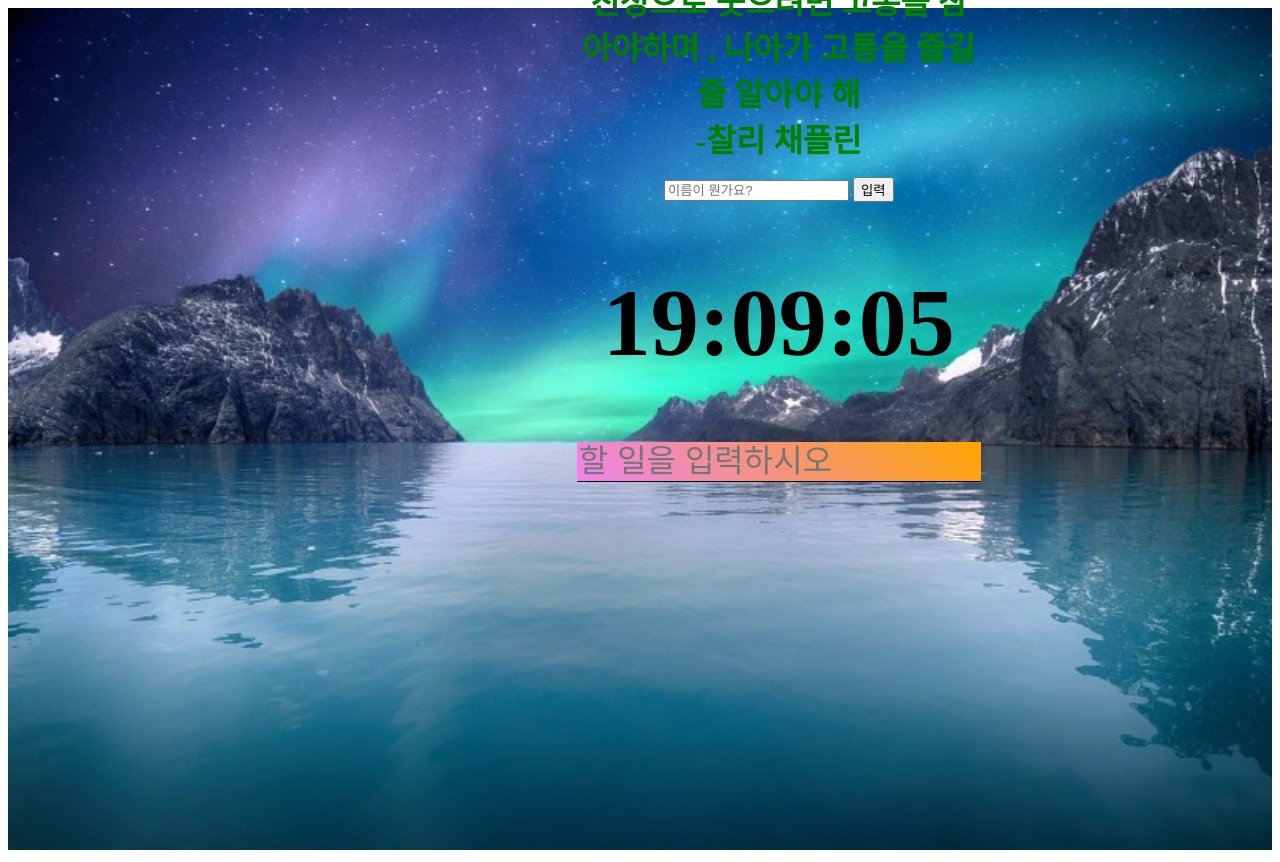
Repository: jun01270/F-E-practice
Page: index.html
These files come from the project's save history. The page is drawn as it stood at one moment and after the next save; the edit follows.
The browser window is 1280 px wide. The pictures show the whole page.

Above is the page before, as saved 2023-01-10 19:44:54.

### index.html
<!DOCTYPE html>
<html lang="en">
  <head>
    <meta charset="UTF-8" />
    <meta http-equiv="X-UA-Compatible" content="IE=edge" />
    <meta name="viewport" content="width=device-width, initial-scale=1.0" />
    <link rel="stylesheet" href="style.css" />
    <title>Document</title>
  </head>
  <body>
    <div id="all">
      <form id="userName-form" class="hidden">
        <input required type="text" placeholder="이름이 뭔가요?" />
        <input type="submit" value="입력" />
      </form>
      <h1 id="result"></h1>
      <h1 id="clock">00:00:00</h1>
      <form id="todo-form">
        <input id="input-blank" type="text" placeholder="할 일을 입력하시오" />
      </form>
      <ul id="todo-list"></ul>
      <div id="quote">
        <span></span>
        <div></div>
      </div>
    </div>
    <script src="/js/greeting.js"></script>
    <script src="/js/clock.js"></script>
    <script src="/js/quotes.js"></script>
    <script src="/js/background.js"></script>
    <script src="js/todo.js"></script>
    <script src="/js/weather.js"></script>
  </body>
</html>

### style.css
.hidden {
  display: none;
}

#background {
  width: 100%;
  height: 100%;
  padding: 0;
}

body {
  position: relative;
}

#all {
  position: absolute;
  top: 20%;
  left: 45%;
  text-align: center;
  height: 80%;
}

#clock {
  font-size: 600%;
}

#input-blank {
  width: 400px;
  border-top: none;
  border-left: none;
  border-right: none;
  border-bottom: 1px solid black;
}

#todo-list {
  color: yellow;
}

#quote {
  position: absolute;
  top: -200px;
  color: green;
  font-size: xx-large;
  font-weight: bold;
}

#input-blank {
  background: linear-gradient(45deg, Violet, Orange);
  font-size: xx-large;
}

#todo-list {
  list-style: none;
}

### js/greeting.js
const userNameBtn = document.querySelector("#userName-form submit");
const userName = document.querySelector("#userName-form input");
const loginForm = document.querySelector("#userName-form");
const firstH1 = document.getElementById("result");
const SavedUserName = localStorage.getItem("username");
const HIDDEN_CLASSNAME = "hidden";

function loginResult(e) {
  e.preventDefault();
  loginForm.classList.add(HIDDEN_CLASSNAME);
  const userName1 = userName.value;
  localStorage.setItem("username", userName1);
  paintUserName();
}

function paintUserName() {
  const userName1 = localStorage.getItem("username");
  firstH1.innerText = `Hello ${userName1}`;
  firstH1.classList.remove(HIDDEN_CLASSNAME);
}

if (SavedUserName === null) {
  loginForm.classList.remove(HIDDEN_CLASSNAME);
  loginForm.addEventListener("submit", loginResult);
} else {
  paintUserName();
}

function deleteUserName() {
  localStorage.removeItem("username");
  location.reload();
}

### js/clock.js
const all = document.querySelector("div#all");
const clock = all.querySelector("h1#clock");

function getClock() {
  const date = new Date();
  let Hours = String(date.getHours()).padStart(2, "0");
  let Minutes = String(date.getMinutes()).padStart(2, "0");
  let Seconds = String(date.getSeconds()).padStart(2, "0");
  // console.log(`${date.getHours()}:${date.getMinutes()}:${date.getSeconds()}`);
  clock.innerText = `${Hours}:${Minutes}:${Seconds}`;
}

getClock();
setInterval(getClock, 1000);

### js/quotes.js
const quotes = [
  {
    quote: "삶이 있는 한 희망은 있다",
    author: "-키케로",
  },
  {
    quote: "산다는것 그것은 치열한 전투이다.",
    author: "-로망로랑",
  },
  {
    quote: "하루에 3시간을 걸으면 7년 후에 지구를 한바퀴 돌 수 있다. ",
    author: "-사무엘존슨",
  },
  {
    quote: "언제나 현재에 집중할수 있다면 행복할것이다. ",
    author: "-파울로 코엘료",
  },
  {
    quote:
      "진정으로 웃으려면 고통을 참아야하며 , 나아가 고통을 즐길 줄 알아야 해 ",
    author: "-찰리 채플린",
  },
  {
    quote: "직업에서 행복을 찾아라. 아니면 행복이 무엇인지 절대 모를 것이다 ",
    author: "-엘버트 허버드",
  },
  {
    quote: "신은 용기있는자를 결코 버리지 않는다 ",
    author: "-켄러",
  },
  {
    quote: "피할수 없으면 즐겨라 ",
    author: "–로버트 엘리엇",
  },
];
const quoteCount = quotes.length;
const quote = document.querySelector("#quote span");
const author = document.querySelector("#quote div");

function showQuote() {
  const todaysQuote = quotes[Math.floor(Math.random() * quoteCount)];
  quote.innerText = todaysQuote.quote;
  author.innerText = todaysQuote.author;
}

showQuote();
setInterval(showQuote, 5000);

### js/background.js
const images = ["moon.jpg", "river.jpg", "orora.jpg"];
const chosenImage = images[Math.floor(Math.random() * images.length)];
const bgImage = document.createElement("img");
const content = document.getElementById("wrapper");
bgImage.id = "background";

bgImage.src = `img/${chosenImage}`;

document.body.appendChild(bgImage);
// bgImage.appendChild(content);

console.log(content);

### js/todo.js
const toDoForm = document.getElementById("todo-form");
const toDoInput = document.querySelector("#todo-form input");
const toDoLists = document.getElementById("todo-list");
const toDoId = document.querySelector("ul#todo-list li");
const TODOS_KEY = "todos";
let toDos = [];

function saveToDoLists() {
  localStorage.setItem(TODOS_KEY, JSON.stringify(toDos));
}

function deleteToDo(e) {
  const toDoList = e.target.parentNode;
  toDoList.remove();
  toDos = toDos.filter((toDo) => toDo.id !== parseInt(toDoList.id));
  saveToDoLists();
}

function paintToDo(newToDoObj) {
  const listOfToDo = document.createElement("li");
  listOfToDo.id = newToDoObj.id;
  const span = document.createElement("span");
  span.innerText = newToDoObj.text;
  const deleteButton = document.createElement("button");
  deleteButton.innerText = "❌";
  deleteButton.addEventListener("click", deleteToDo);
  listOfToDo.appendChild(span);
  listOfToDo.appendChild(deleteButton);
  toDoLists.appendChild(listOfToDo);
}

function handleToDoSubmit(e) {
  e.preventDefault();
  const newToDo = toDoInput.value;
  toDoInput.value = "";
  const newToDoObj = {
    text: newToDo,
    id: toDos.length + 1,
  };
  toDos.push(newToDoObj);
  paintToDo(newToDoObj);
  saveToDoLists();
}

toDoForm.addEventListener("submit", handleToDoSubmit);

const getToDo = localStorage.getItem(TODOS_KEY);
if (getToDo !== null) {
  const parseToDo = JSON.parse(getToDo);
  toDos = parseToDo;
  parseToDo.forEach(paintToDo);
}

### js/weather.js
const API_KEY = "fbf7375beaa21a73574692bdaef4a2e7";

function onGeoSuc(position) {
  const lat = position.coords.latitude;
  const lon = position.coords.longitude;
  console.log("Your position is", lat, lon);
  const url = `https://api.openweathermap.org/geo/1.0/reverse?lat=${lat}&lon=${lon}&limit={limit}&appid=${API_KEY}`;
  console.log(url);
}

function onGeoErr() {
  alert("위치를 찾을 수 없습니다.");
}
navigator.geolocation.getCurrentPosition(onGeoSuc, onGeoErr);

After the next save:
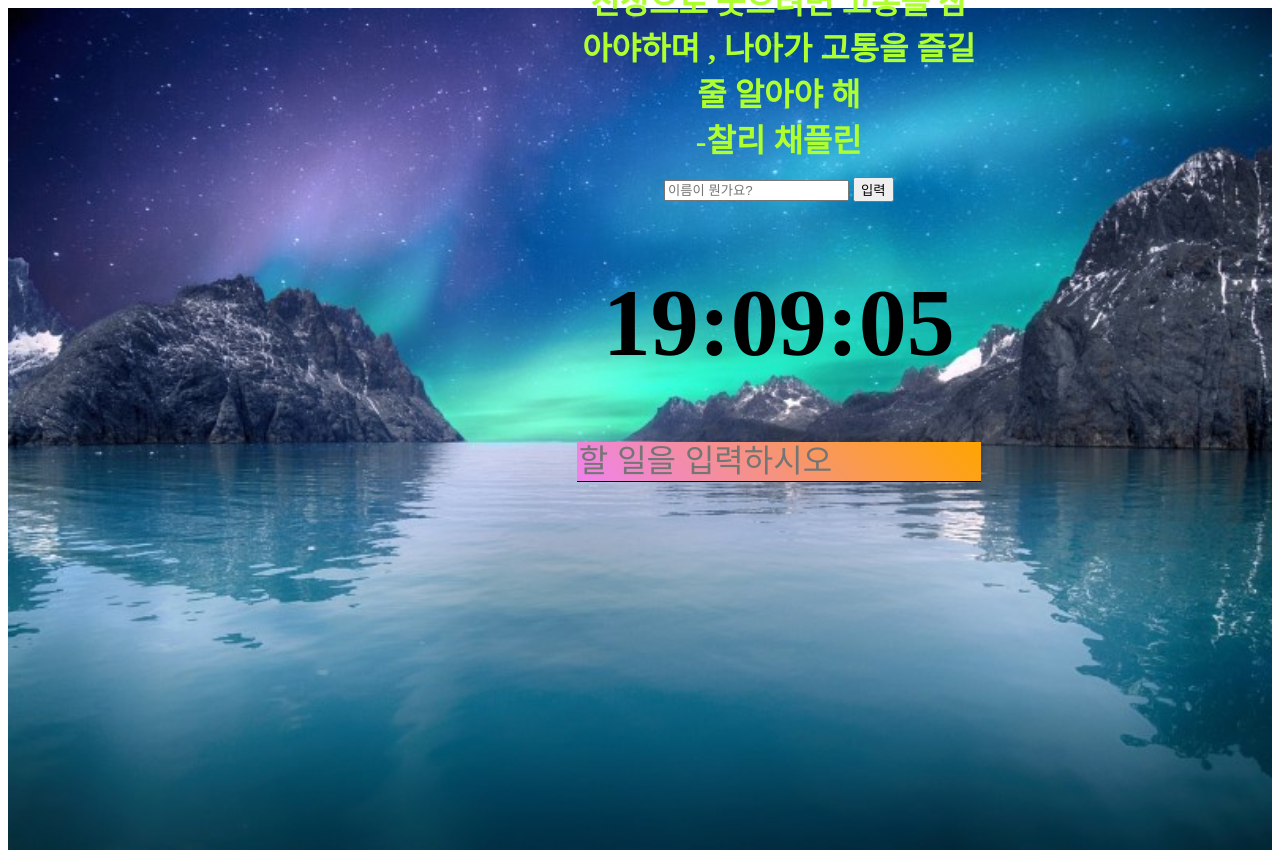
Saved 20 s later.
--- a/style.css
+++ b/style.css
@@ -39,7 +39,7 @@ body {
 #quote {
   position: absolute;
   top: -200px;
-  color: green;
+  color: greenyellow;
   font-size: xx-large;
   font-weight: bold;
 }
